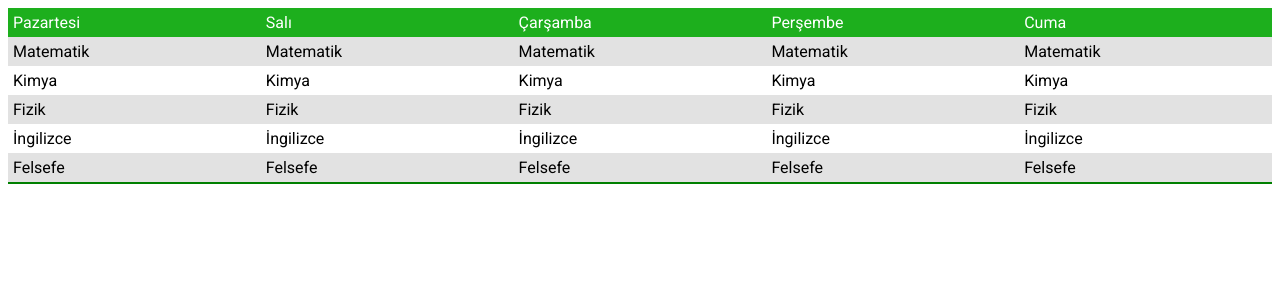
Repository: ahmetbugraozcan/css-ders-programi
Page: deneme.html
An editor plug-in stored every save of this project. The page is shown before and after the next save, followed by the edit.
The browser window is 1280 px wide. The pictures show the whole page.

Above is the page before, as saved 2021-07-10 09:45:56.

After the next save:
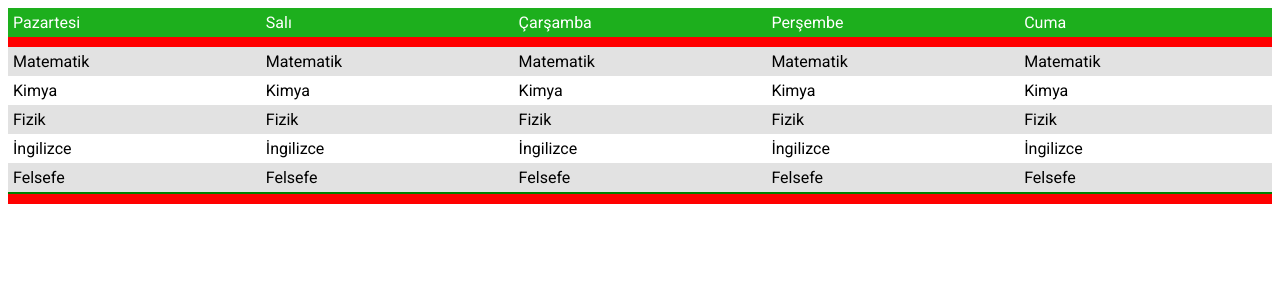
Saved 8 s later.
--- a/deneme.html
+++ b/deneme.html
@@ -39,7 +39,7 @@
 
     }
 
-    .column{
+    .col{
         border-bottom: 10px solid red;
     }
     .col {

After the 3 saves that followed:
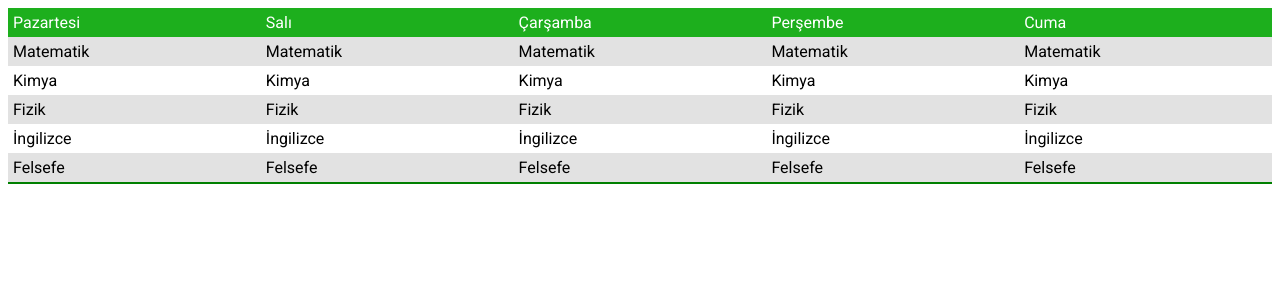
The 3 saves are shown as one change because they came seconds apart.
The last was saved 13 s later.
--- a/deneme.html
+++ b/deneme.html
@@ -39,7 +39,7 @@
 
     }
 
-    .col{
+    .r{
         border-bottom: 10px solid red;
     }
     .col {
